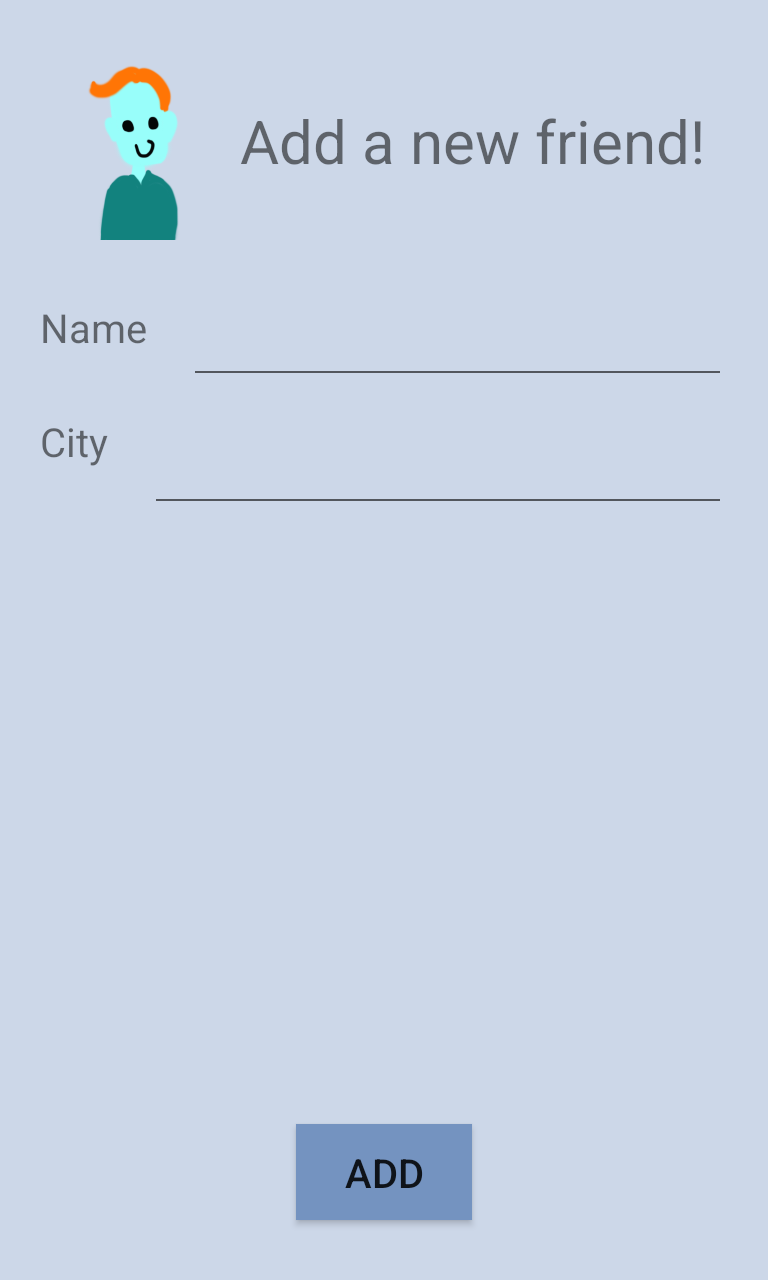
Repository: hinasakazaki/WeatherWithFriends
Layout: WeatherWithFriends/res/layout/add_fragment.xml
An editor plug-in stored every save of this project. The layout is shown before and after a run of saves, followed by the edit.
It is drawn on a 768 x 1280 px phone screen (xhdpi) without system bars, with theme AppTheme; the app's code is not run.

Above is the layout before, as saved 2014-06-09 22:44:02.

After the next 2 saves:
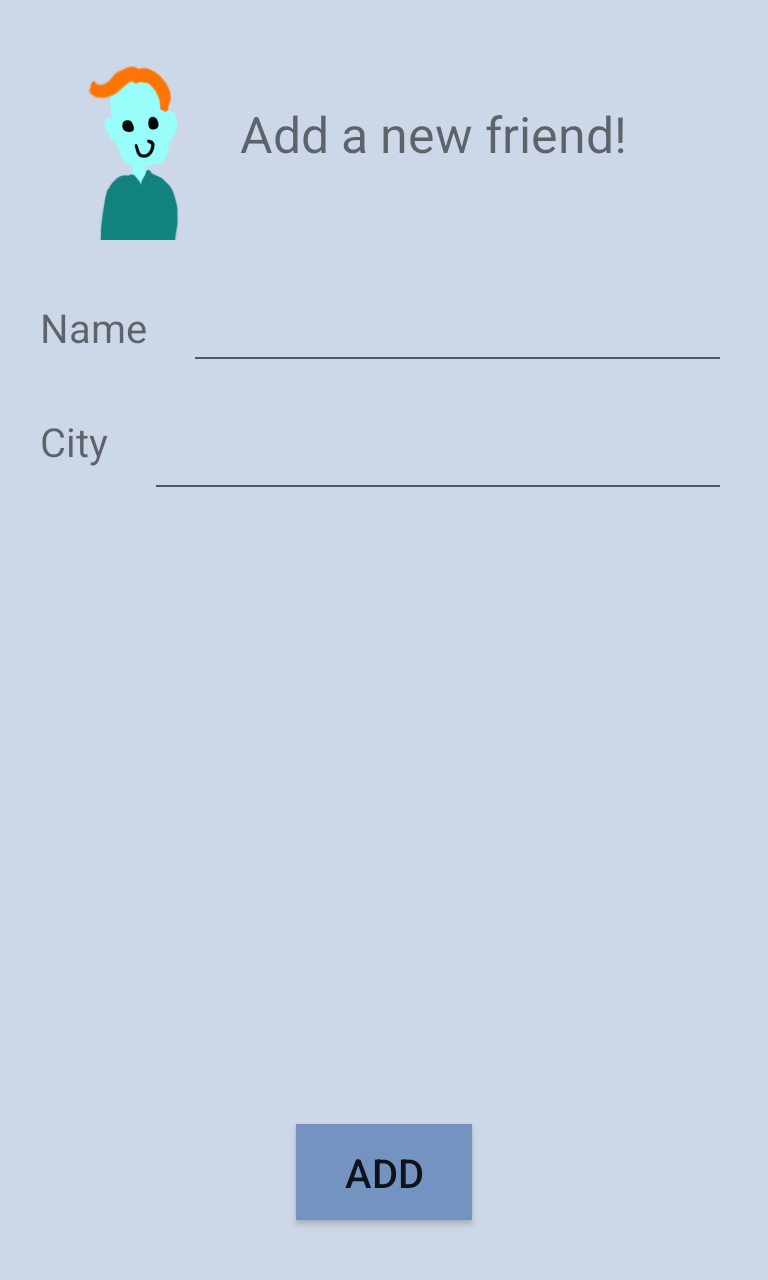
The 2 saves are shown as one change because they came seconds apart.
The last was saved 13 min 49 s later.
--- a/WeatherWithFriends/res/layout/add_fragment.xml
+++ b/WeatherWithFriends/res/layout/add_fragment.xml
@@ -20,7 +20,7 @@
     	    android:layout_height="wrap_content"
     	    android:layout_toRightOf="@+id/icon"
     	    android:text="Add a new friend!"
-    	    android:textSize="30dp"
+    	    android:textSize="25dp"
     	    android:layout_marginTop="50dp"/>
 
 	<!--  second row -->
